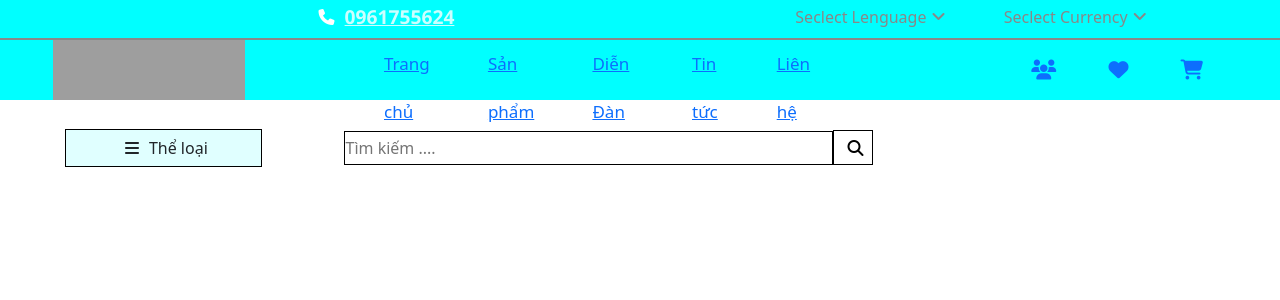
Repository: giacatdat2k5/Baitaplon
Page: da/d.html
An editor plug-in stored every save of this project. The page is shown before and after the next save, followed by the edit.
The browser window is 1280 px wide. The pictures show the whole page.
Pictures or frames that could not be fetched are drawn as grey boxes.

Above is the page before, as saved 2023-11-07 22:28:21.

### da/d.html
<!DOCTYPE html>
<html lang="en">
<head>
    <meta charset="UTF-8">
    <meta name="viewport" content="width=device-width, initial-scale=1.0">
    <title>Document</title>
    <link rel="stylesheet" type="text/css" href="d.css">
    <link rel="stylesheet" href="https://cdnjs.cloudflare.com/ajax/libs/font-awesome/6.4.2/css/all.min.css"/>
    <script src="https://ajax.googleapis.com/ajax/libs/jquery/3.7.1/jquery.min.js"></script>
    <link href="https://cdn.jsdelivr.net/npm/bootstrap@5.3.2/dist/css/bootstrap.min.css" rel="stylesheet" integrity="sha384-T3c6CoIi6uLrA9TneNEoa7RxnatzjcDSCmG1MXxSR1GAsXEV/Dwwykc2MPK8M2HN" crossorigin="anonymous">
</head>
<body>
    <div class="head">
        <div class="left-head">
        <div class="hotline">
            <i class="fa-solid fa-phone"></i>
            <a href="#" class="number">0961755624 </a>
        </div>
        </div>
        <div class="right-head">
        <div class="select">
             Seclect Lenguage
            <i class="fa-solid fa-angle-down"></i>
        </div>
        <div class="select">
             Seclect Currency
            <i class="fa-solid fa-angle-down"></i>
        </div>
        </div>
    </div>
    <div class="nav">
        <a href="#" class="logo"></a>
        <ul class="menu">
            <li><a href="#">Trang chủ</a></li>
            <li class="menu_link">
                <a href="#">Sản phẩm</a>
                <ul class="menu_down">
                    <li ><a href="#"></a>Yonex</li>
                    <li ><a href="#"></a>Lining</li>
                    <li ><a href="#"></a>Victor</li>
                    <li ><a href="#"></a>Kumpoo</li>
                    <li ><a href="#"></a>Fleet</li>
                    <li ><a href="#"></a>Khác</li>
                </ul>
            </li>
            <li><a href="#">Diễn Đàn</a></li>
            <li><a href="#">Tin tức</a></li>
            <li><a href="#">Liên hệ </a></li>
        </ul>
        <ul class="icon">
            <li><a href="#"><i class="fa-solid fa-users"></i></a></li>
            <li><a href="#"><i class="fa-solid fa-heart"></i></a></li>
            <li><a href="#"><i class="fa-solid fa-cart-shopping"></i></a></li>
        </ul>
    </div>
    <div class="nav2">
        <div class="nav2-left">
            <div class="cate"><i class="fa-solid fa-bars"></i> <span class="tl">
                Thể loại
            </span> </div>
        </div>
        <div class="nav2-right">
         <div class="search">
            <input class="tk" type="text" placeholder="Tìm kiếm ....">
            <button class="nut"><i class="fa-solid fa-magnifying-glass"></i></button>
         </div>
        </div>
    </div>


</body>
</html>

### da/d.css
*{
    text-decoration: none;
    list-style-type: none;
    margin: 0px;
    padding: 0px;

}
.head{
    background-color: #00FFFF;
    width: 100%;
    height: 40px;
    display: flex;
    border-bottom:2px solid #888888 ;
}
.left-head{
    width:60%;
    height: 90%;
    display: flex;
    justify-content: center;
}
.right-head{
    width:40%;
    height: 90%;
    display: flex;
    justify-content: flex-start;
}
.hotline{
    width: 50%;
    height: 100%;
    display: flex;
    align-items: center;
    justify-content: center;
    color:white;
}
.select{
    width: 40%;
    height: 100%;
    display: flex;
    align-items: center;
    justify-content: center;
    color: #888888;
}
.number{
    text-indent: 10px;
    color: #CCFFFF;
    font-size: larger;
    font-family: 'Segoe UI', Tahoma, Geneva, Verdana, sans-serif;
    text-indent: 10px;
    font-weight: 600;
}
.fa-solid{
    text-indent: 5px;
    transition: transform 0.1s;
    transform: scale(1);
}
.hotline:hover{
    color:pink;
}
.number:hover{
    text-decoration-line: underline;
}
.select:hover{
    color: white;
}
.fa-solid:hover{
    transform: scale(1.2);
}
.nav{
    background-color: #00FFFF;
    display:flex;
    height: 60px;
    line-height: 3em;
    justify-content: space-around;
}
.logo{
    width: 15%;
    height: 100%;
    background-image: url('z4858591373712_ee240e15b73cb11de83abbe4c3af0ebb.jpg') ;
    background-size:cover;
}
.menu{
    width: 40%;
    display: flex;
}
.menu li{
    padding-right: 2.5em ;
    font-size: 17px;
    text-decoration: none;
    color:black;
}
.menu li a:hover{
    color: pink;
    transition: color .2s ease-out;
}
.menu_down{
    width: 140px;
    height: 18em;
    margin: 0px auto;
    position: absolute;
    top:100px;
    left: 500px;
    display: none;
}
.menu_down li{
    padding: 0px;
    border:1px solid black;
    text-align: center;
    background-color: #00FFFF;
 }
.menu_down li:hover{
    color:pink;
    transition: color .2s ease-out;
}
.menu .menu_link:hover .menu_down{
     display: block;
}
.icon{
    width: 20%;
    height: 100%;
    display: flex;
    justify-content: space-around;
    align-items: center;
    font-size: 20px;
    color:green;
}
.nav2{
    width: 100%;
    height: 6em;
    display: flex;
    align-items: center;
}
.nav2-left{
    width: 264px;
    height: 40%;
    display: flex;
    justify-content: flex-end;
}
.cate{
    width: 197px;
    height: 100%;
    background-color: lightcyan;
    display: flex;
    justify-content: center;
    align-items: center;
    border: 1px solid black;
}
.tl{
    text-indent: 10px;
}
.nav2-right{
    width: 80%;
    height: 40%;
    display: flex;
    justify-self: flex-end;
    align-items: center ;
}
.search{
    width: 60%;
    height: 100%;
    display: flex;
    justify-content: flex-end;
    align-items: center;
}
.tk{
    width: 80%;
    height: 90%;
    border: 1px solid black;
}
.nut{
    width: 40px;
    height: 35px;
    display: flex;
    justify-content: center;
    align-items: center;
    border: 1px solid black;
    background-color: white;

}

After the next save:
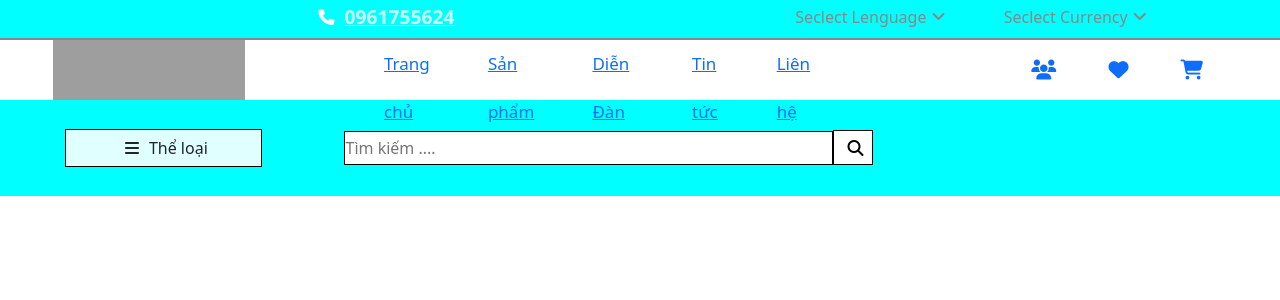
Saved 17 s later.
--- a/da/d.css
+++ b/da/d.css
@@ -66,7 +66,6 @@
     transform: scale(1.2);
 }
 .nav{
-    background-color: #00FFFF;
     display:flex;
     height: 60px;
     line-height: 3em;
@@ -124,6 +123,7 @@
     color:green;
 }
 .nav2{
+    background-color: #00FFFF;
     width: 100%;
     height: 6em;
     display: flex;
